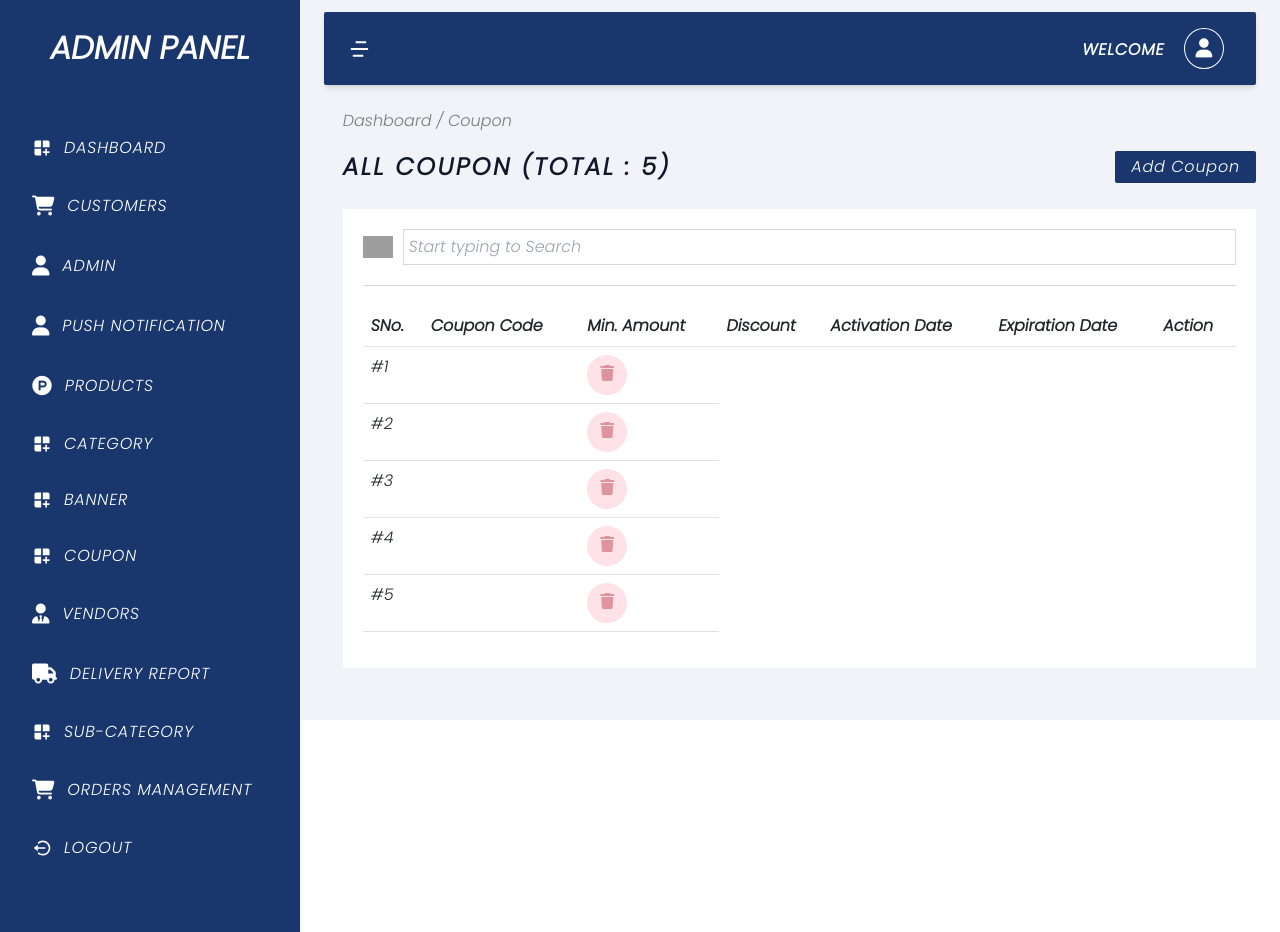
Repository: FlyweisReact/globalgenieAdminPanel
Page: /coupon
An editor plug-in stored every save of this project. The page is shown before and after the next save, followed by the edit.
The browser window is 1280 px wide. The pictures show the whole page.
Pictures or frames that could not be fetched are drawn as grey boxes. Some web libraries are served in a nearby version. The project was rebuilt for these pictures with package versions that can differ from the ones it lists, and the page was loaded fresh each time. Also part of the build but not shown: src/E-CommerceAdmin/forms/Login.jsx, src/E-CommerceAdmin/pages/Dashboard.jsx, src/E-CommerceAdmin/pages/ECategory.js, src/E-CommerceAdmin/pages/EProduct.js, src/E-CommerceVendor/forms/EVendorLogin.jsx, src/E-CommerceVendor/layout/Navbar.jsx, src/E-CommerceVendor/layout/Sidebar.jsx, src/E-CommerceVendor/layout/HOC.jsx and 15 more.

Above is the page before, as saved 2023-04-29 12:26:59.

### public/index.html
<!-- @format -->

<!DOCTYPE html>
<html lang="en">
  <head>
    <meta charset="utf-8" />
    <meta name="viewport" content="width=device-width, initial-scale=1" />
    <meta name="theme-color" content="#000000" />
    <meta
      name="description"
      content="Web site created using create-react-app"
    />
    <link rel="icon" href="%PUBLIC_URL%/favicon.png" />
    <link rel="manifest" href="%PUBLIC_URL%/manifest.json" />
    <link rel="preconnect" href="https://fonts.googleapis.com">
<link rel="preconnect" href="https://fonts.gstatic.com" crossorigin>
<link href="https://fonts.googleapis.com/css2?family=Roboto+Mono:ital,wght@1,300&display=swap" rel="stylesheet">
    <title>Global Ginie</title>
  </head>
  <body>
    <noscript>You need to enable JavaScript to run this app.</noscript>
    <div id="root"></div>
    <script src="https://code.jquery.com/jquery-3.6.0.min.js"></script>
    <script src="https://kit.fontawesome.com/b533b351e4.js" crossorigin="anonymous"></script>
  </body>
</html>

### src/index.js
import React from "react";
import ReactDOM from "react-dom/client";
import "./index.css";
import App from "./App";
import { BrowserRouter } from "react-router-dom";
import 'bootstrap/dist/css/bootstrap.min.css'

const root = ReactDOM.createRoot(document.getElementById("root"));
root.render(
  <React.StrictMode>
    <BrowserRouter>
      <App />
    </BrowserRouter>
  </React.StrictMode>
);

### src/index.css
/** @format */

@tailwind base;
@tailwind components;
@tailwind utilities;
@import url("https://fonts.googleapis.com/css2?family=Roboto+Mono:ital,wght@1,300&display=swap");
@font-face {
  font-family: Roboto;
  src: url("./Fonts/Poppins-LightItalic.ttf");
}
body {
  margin: 0;
  font-family: Roboto !important;
  -webkit-font-smoothing: antialiased;
  -moz-osx-font-smoothing: grayscale;
}

code {
  font-family: Roboto !important;
}

html {
  font-family: Roboto !important;
}

::-webkit-scrollbar {
  width: 10px;
}
.fa-trash {
  color: red;
  cursor: pointer;
}

.iCOn {
  transition: 0.5s;
  box-shadow: none;
  transform: scale(1);
}
.cardDiv {
  cursor: pointer;
}

.cardDiv:hover .iCOn {
  box-shadow: rgba(0, 0, 0, 0.35) 0px 5px 15px;
  transform: scale(1.3);
}

/* Track */
::-webkit-scrollbar-track {
  background: #f1f1f1;
}

/* Handle */
::-webkit-scrollbar-thumb {
  background: #888;
}

/* Handle on hover */
::-webkit-scrollbar-thumb:hover {
  background: #555;
}
.profileImage {
  width: 100px;
}
.fa-eye {
  color: #029aff;
  cursor: pointer;
}
.fa-edit {
  cursor: pointer;
  color: blue;
}

.View {
  border: 1px solid black;
  width: 100%;
  padding: 10px;
}

.main-card--container {
  display: grid;
  grid-template-columns: repeat(3, minmax(300px, 500px));
  grid-gap: 50px;
  justify-content: space-around;
}
.card-container {
  margin: 25px 0 auto;
  box-shadow: rgba(0, 0, 0, 0.35) 0px 5px 15px;
  position: relative;
  display: grid;
  grid-template-columns: 1fr;
  justify-content: space-around;
  align-items: flex-start;
}

.myEdit:focus {
  box-shadow: rgba(0, 0, 0, 0.35) 0px 5px 15px;
}

.AstroLogin {
  color: #fff;
  background-color: #2b7a8e;
  padding: 10px;
  width: 380px;
  text-align: center;
  font-size: 20px;
  background: linear-gradient(to left, #2b7a8e 50%, #fff 50%) right;
  background-size: 200%;
  transition: 0.5s ease-out;
  border: 1px solid #2b7a8e;
  margin-top: 10px;
  text-transform: uppercase;
}
.AstroLogin:hover {
  background-position: left;
  color: #2b7a8e;
}

.EcommerceAdminLogin {
  color: #fff;
  background-color: #19376d;
  padding: 10px;
  width: 380px;
  text-align: center;
  font-size: 20px;
  background: linear-gradient(to left, #19376d 50%, #fff 50%) right;
  background-size: 200%;
  transition: 0.5s ease-out;
  border: 1px solid #19376d;
  margin-top: 10px;
  text-transform: uppercase;
}

.EcommerceAdminLogin:hover {
  background-position: left;
  color: #19376d;
}
.EcommerceVendorLogin {
  color: #fff;
  background-color: #576cbc;
  padding: 10px;
  width: 380px;
  text-align: center;
  font-size: 20px;
  background: linear-gradient(to left, #576cbc 50%, #fff 50%) right;
  background-size: 200%;
  transition: 0.5s ease-out;
  border: 1px solid #576cbc;
  margin-top: 10px;
  text-transform: uppercase;
}

.EcommerceVendorLogin:hover {
  background-position: left;
  color: #576cbc;
}

.view {
  background-color: #2196f3;
  color: #fff;
  width: 50%;
  padding: 5px;
}

.two-sec {
  display: flex;
  justify-content: space-evenly;
  justify-content: space-evenly;
}
.two-sec .left {
  width: 60%;
  background-color: #f6f1ef;
  padding: 20px;
}
.two-sec .left .head {
  font-size: 25px;
  font-weight: bold;
}

.two-sec .right {
  width: 30%;
  background-color: #f6f1ef;
}

.searchDiv {
  width: 100%;
  display: flex;
  gap: 10px;
  border: 1px solid rgb(179, 179, 179);
  padding: 10px;
  margin-bottom: 20px;
  align-items: center;
}
.searchDiv input {
  width: 94%;
  outline: none;
  border: none;
}

.flexCont {
  display: flex;
  align-items: center;
  gap: 10px;
}
.flexCont img {
  width: 60px;
  background-color: #e9ecef;
}

.blockContent {
  display: block;
}
.blockContent p {
  margin: 0;
}

.checkBox {
  width: 50px;
  height: 25px;
  background-color: #e9ecef;
  border-radius: 50px;
  position: relative;
  cursor: pointer;
}
.checkBox span {
  width: 20px;
  height: 20px;
  border-radius: 100%;
  background-color: #fff;
  position: absolute;
  left: 5px;
  top: 2px;
}
.ActivecheckBox {
  width: 50px;
  height: 25px;
  background-color: #0d6efd;
  border-radius: 50px;
  position: relative;
  cursor: pointer;
}
.ActivecheckBox span {
  width: 20px;
  height: 20px;
  border-radius: 100%;
  background-color: #fff;
  position: absolute;
  right: 5px;
  top: 2px;
}

.fa-eye {
  color: #0cba73;
  background-color: #d6f8e8;
  width: 40px;
  text-align: center;
  height: 40px;
  display: flex;
  border-radius: 100%;
  justify-content: center;
  padding-top: 10px;
  transition: 0.5s;
}

.fa-pen-to-square {
  color: #f4c39c;
  background-color: #ffebdb;
  width: 40px;
  text-align: center;
  height: 40px;
  display: flex;
  border-radius: 100%;
  justify-content: center;
  padding-top: 10px;
  cursor: pointer;
  transition: 0.5s;
}
.fa-trash {
  color: #df939f;
  background-color: #ffe1e8;
  width: 40px;
  text-align: center;
  height: 40px;
  display: flex;
  border-radius: 100%;
  justify-content: center;
  padding-top: 10px;
  cursor: pointer;
  transition: 0.5s;
}
.fa-trash:hover {
  transform: scale(1.2);
}
.fa-eye:hover {
  transform: scale(1.2);
}
.fa-pen-to-square:hover {
  transform: scale(1.2);
}
.required {
  color: #e74260;
}

.headP {
  margin-left: 2%;
  color: #7b7c7d;
}
.filterBox {
  display: flex;
  align-items: center;
  gap: 10px;
  border-bottom: 1px solid #d4d7dc;
  padding-bottom: 20px;
  margin-bottom: 20px;
}
.filterBox img {
  width: 30px;
}
.filterBox input {
  width: 100%;
  border: 1px solid #d4d7dc;
  outline: none;
  padding: 5px;
  color: black;
}
.sectionCont {
  width: 98%;
  background-color: #fff;
  margin-left: 2%;
  padding: 20px;
}

.overFlowCont {
  width: 100%;
  overflow-x: auto;
}

.logo {
  width: 300px;
  margin-bottom: 20px;
}

.updateProfile {
  margin-left: 20px;
  border: 1px solid #fff;
  border-radius: 100%;
  font-size: 1.2rem;
  padding: 10px;
  transition: 0.5s;
  cursor: pointer;
}
.updateProfile:hover {
  border: 1px solid #19376d;
  color: #19376d;
  background-color: #fff;
}

.btn {
  background-color: #19376d !important;
  border: 1px solid #19376d !important;
  border-radius: 0px !important;
}

.ImageCarousel {
  width: 150px;
  margin: 0px !important;
}
.CarouselImages {
  width: 150px;
}
.CarouselImages img {
  width: 100%;
}

.gridCont {
  display: grid;
  grid-template-columns: auto auto auto;
  justify-content: space-evenly;
}
.gridCont div {
  width: 400px;
  height: 300px;
  box-shadow: rgba(0, 0, 0, 0.35) 0px 5px 15px;
  padding: 10px;
  position: relative;
  margin-top: 20px;
}
.gridCont div img {
  width: 100%;
}
.delete-Btn {
  width: 90%;
  margin-left: 2%;
  color: #c44b3f;
  border: 1px solid #c44b3f;
  position: absolute;
  bottom: 10px;
  transition: 0.5s;
  padding: 10px;
}

.delete-Btn:hover{
  background-color: #c44b3f;
  color: #fff;
}

### src/E-CommerceAdmin/pages/Coupon.js

import React, { useState } from "react";
import { Button, Form, Modal, Table } from "react-bootstrap";
import { toast } from "react-toastify";
import HOC from "../layout/HOC";

const Coupon = () => {
    const [modalShow, setModalShow] = React.useState(false);
    const [ query , setQuery ] = useState("")

    function MyVerticallyCenteredModal(props) {
      return (
        <Modal
          {...props}
          size="lg"
          aria-labelledby="contained-modal-title-vcenter"
          centered
        >
          <Modal.Header closeButton>
            <Modal.Title id="contained-modal-title-vcenter">
              {" "}
              Add Admin
            </Modal.Title>
          </Modal.Header>
          <Modal.Body>
            <Form>
              <Form.Group className="mb-3">
                <Form.Label>Name</Form.Label>
                <Form.Control type="text" required />
              </Form.Group>

              <Form.Group className="mb-3">
                <Form.Label>Email</Form.Label>
                <Form.Control type="email" required />
              </Form.Group>

              <Form.Group className="mb-3">
                <Form.Label>Phone Number</Form.Label>
                <Form.Control type="number" required />
              </Form.Group>

              <Form.Group className="mb-3">
                <Form.Label>Password</Form.Label>
                <Form.Control type="password" required />
              </Form.Group>

              <Button
                style={{ backgroundColor: "#19376d", borderRadius: "0" }}
                type="submit"
              >
                Submit
              </Button>
            </Form>
          </Modal.Body>
        </Modal>
      );
    }

    const data = [
      {
        Coupon : 'June24',
        minAmount : '500' ,
        discount : "40" ,
        aDate : '12 March 2023' ,
        eDate : "15 March 2023"
      } ,
      {
        name : 'jackson99',
        email : '	jackson99@yahoo.com' ,
        phone : "4314789512"
      } ,
      {
        name : 'sarah1',
        email : 'sarah1@hotmail.com' ,
        phone : "125463214"
      } ,
      {
        name : 'emily_h	  ',
        email : '	emilyh@gmail.com' ,
        phone : "7854125965"
      } ,
      {
        name : 'mike_sm',
        email : 'mikesmith@gmail.com' ,
        phone : "7854126354"
      } ,
    ]

    const filterData = !query
      ? data
      : data.filter(
          (i) =>
            i?.name?.toLowerCase().includes(query?.toLowerCase()) ||
            i?.phone?.toString()?.toLowerCase().includes(query?.toLowerCase()) ||
            i?.email?.toLowerCase().includes(query?.toLowerCase())
        );


      const deleteHandler =async (id) => {
        try{
          toast.success(`${id} Deleted Successfully`)
        }catch(e) {
          console.log(e)
        }
      }

    return (
      <>
        <MyVerticallyCenteredModal
          show={modalShow}
          onHide={() => setModalShow(false)}
        />

        <p className="headP">Dashboard / Coupon</p>

        <div
          className="pb-4 sticky top-0  w-full flex justify-between items-center"
          style={{ width: "98%", marginLeft: "2%" }}
        >
          <span
            className="tracking-widest text-slate-900 font-semibold uppercase "
            style={{ fontSize: "1.5rem" }}
          >
            All Coupon (Total : {data.length})
          </span>
          <button
            onClick={() => {
              setModalShow(true);
            }}
            className="md:py-2 px-3 md:px-4 py-1 rounded-sm  bg-[#19376d] text-white tracking-wider"
          >
            Add Coupon
          </button>
        </div>
        <section className="sectionCont">
          <div className="filterBox">
            <img
              src="https://t4.ftcdn.net/jpg/01/41/97/61/360_F_141976137_kQrdYIvfn3e0RT1EWbZOmQciOKLMgCwG.jpg"
              alt=""
            />
            <input type="search" placeholder="Start typing to Search" onChange={(e) => setQuery(e.target.value)} />
          </div>

          <div className="overFlowCont">
            <Table>
              <thead>
                <tr>
                  <th>SNo.</th>
                  <th>Coupon Code</th>
                  <th>Min. Amount</th>
                  <th>Discount</th>
                  <th>Activation Date</th>
                  <th>Expiration Date</th>
                  <th>Action</th>
                </tr>
              </thead>
              <tbody>
              {filterData.map(( i , index) => (
                <tr key={index}>
                  <td> #{index + 1} </td>
                  <td>  </td>
                  <td>
                    <i className="fa-solid fa-trash" onClick={() => deleteHandler(i.name)} />
                  </td>
                </tr>
              ))}
              </tbody>
            </Table>
          </div>
        </section>
      </>
    );
  };

export default HOC(Coupon)

### src/E-CommerceAdmin/layout/HOC.jsx
/** @format */

import React, { useState } from "react";
import Navbar from "./Navbar";
import Sidebar from "./Sidebar";

const HOC = (Wcomponenet) => {
  return function Component() {
    const [hamb, setHamb] = useState(false);
    return (
      <>
        <section className="flex overflow-x-hidden relative ">
          {/* Sidebar */}
          <div
            className={
              hamb
                ? " absolute top-0 z-30 md:w-auto shadow-md bg-slate-200  w-60 transition-all md:-left-full left duration-150  h-auto overflow-y-auto  left-0 "
                : " md:w-72 z-30 bg-slate-200  shadow-md  md:static absolute top-0 -left-full   transition-all duration-150  overflow-y-auto h-auto"
            }
            style={{ minWidth: "300px" }}
          >
            <Sidebar hamb={hamb} setHamb={setHamb} />
          </div>
          {/* Components & Navbar */}
          <div
            className={
              hamb
                ? " transition-all px-4 py-2  duration-150 w-full h-screen"
                : " w-full h-screen  px-4 py-2   z-50 transition-all duration-150 "
            }
            style={{backgroundColor : '#f2f3f8'}}
          >
            <Navbar hamb={hamb} setHamb={setHamb} />
            <div className="my-6 text-#000 h-[87%] wcomp overflow-y-auto">
              {" "}
              <Wcomponenet />
            </div>
          </div>
        </section>
      </>
    );
  };
};

export default HOC;

### src/E-CommerceAdmin/layout/Navbar.jsx
/** @format */

import { RiMenu4Line } from "react-icons/ri";
import { Modal, Form, Button } from "react-bootstrap";
import { useState } from "react";

const Navbar = ({ hamb, setHamb }) => {
  const [ modalShow , setModalShow ] = useState(false)

  function MyVerticallyCenteredModal(props) {
    return (
      <Modal
        {...props}
        size="lg"
        aria-labelledby="contained-modal-title-vcenter"
        centered
      >
        <Modal.Header closeButton>
          <Modal.Title id="contained-modal-title-vcenter">
            Update Profile
          </Modal.Title>
        </Modal.Header>
        <Modal.Body>
          <Form>
            <Form.Group className="mb-3">
              <Form.Label>Name</Form.Label>
              <Form.Control type="text" />
            </Form.Group>
            <Form.Group className="mb-3">
              <Form.Label>Email Address</Form.Label>
              <Form.Control type="email" />
            </Form.Group>
            <Form.Group className="mb-3">
              <Form.Label>Phone Number</Form.Label>
              <Form.Control type="tel" pattern="[0-9]{10}" />
            </Form.Group>
            <Form.Group className="mb-3">
              <Form.Label>Password</Form.Label>
              <Form.Control type="password" />
            </Form.Group>
            <Button className="btn">Submit</Button>
          </Form>
        </Modal.Body>

        <Modal.Footer></Modal.Footer>
      </Modal>
    );
  }

  return (
    <>
    <MyVerticallyCenteredModal show={modalShow} onHide={() => setModalShow(false)} />

      <div
        className={
          hamb
            ? "flex  w-full justify-between  my-1 rounded-sm  p-4 py-3 shadow-md items-center  bg-slate-200 space-x-4"
            : "flex  w-full justify-between my-1 rounded-sm  p-4 py-3 shadow-md items-center  bg-slate-200 space-x-4"
        }
        style={{ backgroundColor: "#19376d" }}
      >
        <RiMenu4Line
          onClick={() => setHamb(!hamb)}
          className="text-2xl font-bold text-gray-900 hover:scale-90 cursor-pointer"
          style={{ color: "#fff" }}
        />

        <section className="flex sm:ml-auto justify-end sm:w-full items-center space-x-2  pr-2">
          <figcaption className="tracking-wider pl-1 font-semibold">
            <div
              className="lg:text-base text-sm text-gray-900  uppercase"
              style={{ color: "#fff" }}
            >
              Welcome
              <i className="fa-solid fa-user updateProfile" onClick={() => setModalShow(true)}></i>
            </div>
          </figcaption>
        </section>
      </div>
    </>
  );
};

export default Navbar;

### src/E-CommerceAdmin/layout/Sidebar.jsx
/** @format */

import React from "react";
import { RiCloseLine } from "react-icons/ri";
import { Link, useNavigate } from "react-router-dom";
import { BiLogOutCircle } from "react-icons/bi";
import { MdDashboardCustomize } from "react-icons/md";

const Sidebar = ({ hamb, setHamb }) => {
  const navigate = useNavigate();

  const nav = [
    {
      icon: <MdDashboardCustomize className="text-xl mr-3 rounded-full " />,
      link: "/dashboard ",
      name: "Dashboard",
    },
    {
      icon: (
        <i className="fa-solid fa-cart-shopping text-xl mr-3 rounded-full"></i>
      ),
      link: "/Customer",
      name: "Customers",
    },
    {
      icon: (
        <i className="fa-solid fa-user text-xl mr-3 rounded-full"></i>
        ),
      link: "/Admin",
      name: "Admin",
    },
    {
      icon: (
        <i className="fa-solid fa-user text-xl mr-3 rounded-full"></i>
        ),
      link: "/pushNotification",
      name: "Push Notification",
    },
    {
      icon:<i className="fa-brands fa-product-hunt text-xl mr-3 rounded-full"></i>,
      link: "/Product",
      name: "Products",
    },
    {
      icon: <MdDashboardCustomize className="text-xl mr-3 rounded-full " />,
      link: "/Category",
      name: "Category",
    },
    {
      icon: <MdDashboardCustomize className="text-xl mr-3 rounded-full " />,
      link: "/banner",
      name: "Banner",
    },
    {
      icon: <MdDashboardCustomize className="text-xl mr-3 rounded-full " />,
      link: "/coupon",
      name: "Coupon",
    },


    {
      icon:<i className="fa-solid fa-user-tie text-xl mr-3 rounded-full"></i>,
      link: "/E-Commerce/VendorList",
      name: "Vendors",
    },

    {
      icon: (
        <i className="fa-solid fa-truck  text-xl mr-3 rounded-full" ></i>
      ),
      link: "/E-Commerce/Admin/Delivery",
      name: "Delivery Report",
    },


    {
      icon: (
        <MdDashboardCustomize className="text-xl mr-3 rounded-full " />
      ),
      link: "/E-Commerce/Admin/subCat",
      name: "Sub-Category",
    },



    {
      icon: (
        <i className="fa-solid fa-cart-shopping text-xl mr-3 rounded-full"></i>
      ),
      link: "/E-commerce/Admin/Orders",
      name: "Orders Management",
    },
  ];

  const logOut = () => {
    navigate("/");
  };

  return (
    <>
      <aside
        className="p-4 h-auto"
        style={{ backgroundColor: "#19376d", minHeight: "100vh" }}
      >
        {/* Top */}
        <div className="w-full md:hidden relative  p-2 mb-4">
          <RiCloseLine
            onClick={() => setHamb(!hamb)}
            className="text-3xl  absolute top-2 sm:hover:rotate-[228deg] transition-transform font-bold right-2 sm:hover:text-[22px] text-[rgb(241,146,46)] cursor-pointer"
          />
        </div>{" "}
        <figure className="flex  flex-col items-center">
          <span
            className="font-bold text-[#fff]"
            style={{
              fontSize: "2rem",
              textAlign: "center",
              textTransform: "uppercase",
            }}
          > ADMIN PANEL
          </span>
        </figure>
        <nav className="py-6">
          {nav.map((nav) => {
            return (
              <Link
                to={nav.link}
                key={nav.name}
                className=""
                style={{ textDecoration: "none", textTransform: "uppercase" }}
              >
                <span
                  className="flex my-3 items-center cursor-pointer text-gray-900    tracking-wider p-2 rounded-sm"
                  style={{ color: "#FFF" }}
                >
                  {nav.icon} {nav.name}
                </span>
              </Link>
            );
          })}
          <span
            className="flex my-3 items-center cursor-pointer text-gray-900    tracking-wider p-2 rounded-sm"
            onClick={() => logOut()}
            style={{ color: "#FFF", textTransform: "uppercase" }}
          >
            <BiLogOutCircle className="text-xl mr-3 rounded-full " /> LogOut
          </span>
        </nav>
      </aside>
    </>
  );
};

export default Sidebar;

Loaded but not shown: tailwind.config.js (common file); src/App.js (71 lines, source omitted)

After the next save:
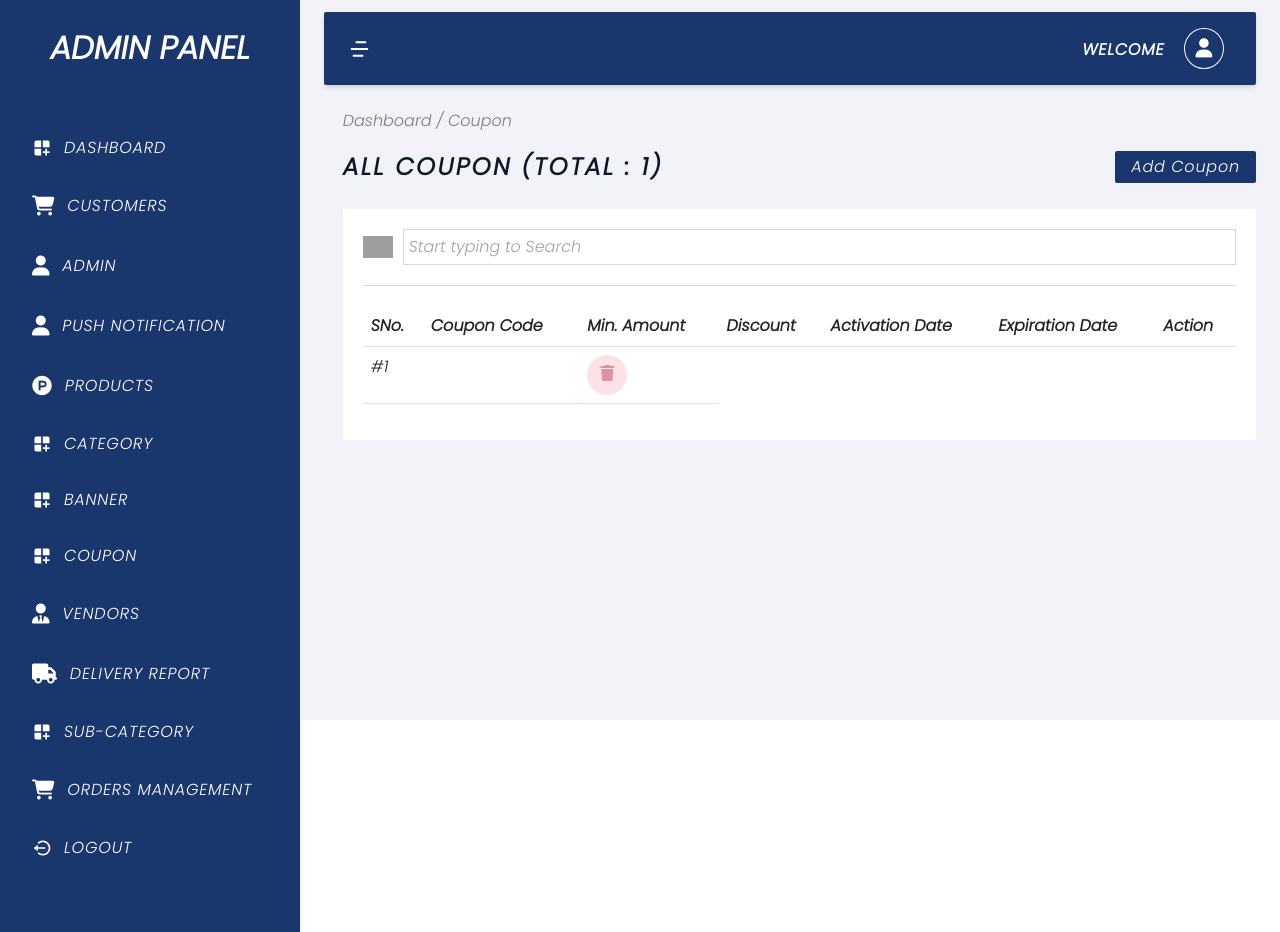
Saved 5 s later.
--- a/src/E-CommerceAdmin/pages/Coupon.js
+++ b/src/E-CommerceAdmin/pages/Coupon.js
@@ -63,26 +63,6 @@ const Coupon = () => {
         discount : "40" ,
         aDate : '12 March 2023' ,
         eDate : "15 March 2023"
-      } ,
-      {
-        name : 'jackson99',
-        email : '	jackson99@yahoo.com' ,
-        phone : "4314789512"
-      } ,
-      {
-        name : 'sarah1',
-        email : 'sarah1@hotmail.com' ,
-        phone : "125463214"
-      } ,
-      {
-        name : 'emily_h	  ',
-        email : '	emilyh@gmail.com' ,
-        phone : "7854125965"
-      } ,
-      {
-        name : 'mike_sm',
-        email : 'mikesmith@gmail.com' ,
-        phone : "7854126354"
       } ,
     ]
 
